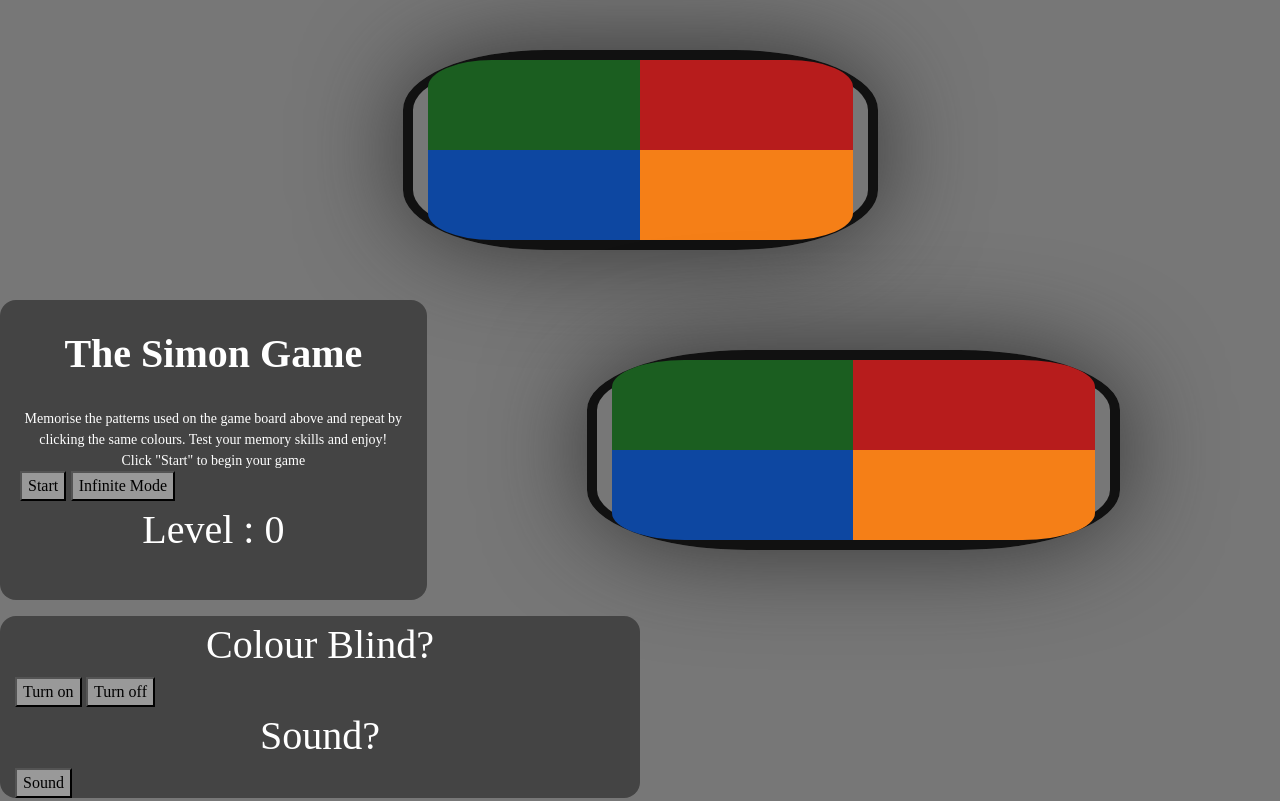
Repository: Didgerydont/interative_front_end_design_project
Page: indexTest.html
The author's editor kept a record of every edit. The page is drawn from the files as they stood at one moment, then again after the next edit.
The browser window is 1280 px wide. The pictures show the whole page.
Some web fonts or font styles are not loaded; a fallback is used. Some web libraries are served in a nearby version.

Above is the page before.

### indexTest.html
<!DOCTYPE html>
<html lang="en">

<head>
    <meta charset="UTF-8">
    <meta name="viewport" content="width=device-width, initial-scale=1.0">
    <meta http-equiv="X-UA-Compatible" content="ie=edge">
    <link rel="stylesheet" href="https://stackpath.bootstrapcdn.com/bootstrap/4.3.1/css/bootstrap.min.css" type="text/css" />
    <link rel="stylesheet" href="https://maxcdn.bootstrapcdn.com/font-awesome/4.7.0/css/font-awesome.min.css" type="text/css" />
    <link rel="stylesheet" href="https://cdnjs.cloudflare.com/ajax/libs/hover.css/2.1.1/css/hover-min.css" type="text/css" />
    <link href="https://fonts.googleapis.com/css?family=Barriecito&display=swap" rel="stylesheet">
    <link rel="stylesheet" href="css/style.css">


    <title>Simon Game</title>

    <audio id="clip1" src="https://s3.amazonaws.com/freecodecamp/simonSound1.mp3"></audio>
    <audio id="clip2" src="https://s3.amazonaws.com/freecodecamp/simonSound2.mp3"></audio>
    <audio id="clip3" src="https://s3.amazonaws.com/freecodecamp/simonSound3.mp3"></audio>
    <audio id="clip4" src="https://s3.amazonaws.com/freecodecamp/simonSound4.mp3"></audio>
</head>

<body>
    <div class="container">
        <div class="row">
            <div class="col-sm-5 offset-1" id="gameContainer">
                <div class="option one" id="1"></div>
                <div class="option two" id="2"></div>
                <div class="option three" id="3"></div>
                <div class="option four" id="4"></div>
            </div>
        </div>
    </div>
    <div class="container-fluid">
        <div class="row">
            <div class="col-md-4" id="infoBox">
                <h1 class="header" id="title">The Simon Game</h1>
                <p class="opening-paragraph">Memorise the patterns used on the game board above and repeat by clicking the same colours. Test your memory skills and enjoy!<br>Click "Start" to begin your game</p>
                <button class="startButton">Start</button>
                <button class="infiniteButton">Infinite Mode</button>
                <h2 id="level">Level : 0</h2>
            </div>
            <div class="col-sm-5 offset-1" id="gameContainer">
                <div class="option one" id="1"></div>
                <div class="option two" id="2"></div>
                <div class="option three" id="3"></div>
                <div class="option four" id="4"></div>
            </div>
            <div class="col-md-6 cBlindBox">
                <h2>Colour Blind?</h2>
                <button id="accessibilityOn">Turn on</button>
                <!-- #332288, #44AA99, #AA3F99, #DDCC77 --- wong method -->
                <button id="accessibilityOff">Turn off</button>
                <h2>Sound?</h2>
                <button id="mute-audio">Sound</button>
            </div>
        </div>
    </div>


</body>
<script src="https://code.jquery.com/jquery-3.4.1.min.js" integrity="sha256-CSXorXvZcTkaix6Yvo6HppcZGetbYMGWSFlBw8HfCJo=" crossorigin="anonymous"></script>
<script type="text/javascript" src="scripts/script.js"></script>

</html>

### css/style.css
body{
 background-color: #777;
}

h1 {
 color: white;
 font-size: 40px;
 font-weight: bold;
 text-align: center;
 padding-top: 10px;
 margin-bottom: 30px;
 font-family: 'Barriecito', cursive;
}

p {
 color: white;
 font-size: 14px;
 margin-top: 0px;
 margin-bottom: 0px;
 text-align: center;
 position: relative;
 font-family: 'Barriecito', cursive;
}

h2 {
 margin-top: 5px;
 color: white;
 text-align: center;
 font-size: 40px;
 font-family: 'Barriecito', cursive;
}

button {
 background-color: #999;
 font-family: 'Barriecito', cursive;
}

.container {
 text-align: center;
}

#gameContainer {
 display: flex;
 flex-wrap: wrap;
 height: 200px;
 width: 180px;
 border-radius: 30%;
 border: 10px solid #111;
 margin: 50px auto;
 position: relative;
 box-shadow: 0px 0px 100px #333;
}

#infoBox {
 padding: 20px 20px 20px 20px;
 background-color: #444;
 border-radius: 16px;
}

.startButton{
 cursor: pointer;
}

.option {
 width: 50%;
 height: 50%;
 float: left;
 margin: auto;
 cursor: pointer;
}

/* Colours */

.one {
 background-color: #1B5E20;
 border-radius: 30% 0 0 0;
}

.two {
 background-color: #B71C1C;
 border-radius: 0 30% 0 0;
}

.three {
  background-color: #0D47A1;
  border-radius: 0 0 0 30%;
}

.four {
  background-color: #F57F17;
  border-radius: 0 0 30% 0;
}

.colourBlind1 {
  background-color: #332288;
  border-radius: 30% 0 0 0;
}

.colourBlind2 {
  background-color: #44AA99;
  border-radius: 0 30% 0 0;
}

.colourBlind3 {
  background-color: #AA3F99;
  border-radius: 0 0 0 30%;
}

.colourBlind4 {
  background-color: #DDCC77;
  border-radius: 0 0 30% 0;
}


.cBlindBox{
 background-color: #444;
 border-radius: 16px;
 margin-top: 16px;
}

### scripts/script.js
$(document).ready(function() {

    $("#accessibilityOn").click(function() {
        $('#1').fadeOut(300).removeClass('one').addClass('colourBlind1').fadeIn(300);
        $('#2').fadeOut(300).removeClass('two').addClass('colourBlind2').fadeIn(300);
        $('#3').fadeOut(300).removeClass('three').addClass('colourBlind3').fadeIn(300);
        $('#4').fadeOut(300).removeClass("four").addClass('colourBlind4').fadeIn(300);
    });

    $("#accessibilityOff").on('click', function() {
        $('#1').fadeOut(300).removeClass('colourBlind1').addClass('one').fadeIn(300);
        $('#2').fadeOut(300).removeClass('colourBlind2').addClass('two').fadeIn(300);
        $('#3').fadeOut(300).removeClass('colourBlind3').addClass('three').fadeIn(300);
        $('#4').fadeOut(300).removeClass('colourblind4').addClass('four').fadeIn(300);
    });

    $(".infiniteButton").on('click', function(){
        finish = false;
        $(".infiniteButton").css('background-color', 'red');
    });
    $(".infiniteButton").off('click', function(){
        finish = true;
        $(".infiniteButton").css('background-color', 'grey');
    });

    var newPattern = [];
    var spentPattern = [];
    var level = 0;
    var gameChecker = false;
    var finish = true; // add a function for finish = false for infinite game mode
    var maxLevel = level + 3;


    //random number generator
    function randomNumber(min, max) {
        return Math.round(Math.random() * (max - min)) + min;
    }

    //pValue is a random number between one and four
    function addPattern() {
        var pValue = randomNumber(1, 4);

        // push a new number to newPattern array
        newPattern.push(pValue);
    }

    function playPattern() {
        // takes newPattern array
        for (var i = 0; i < newPattern.length; i++) {
            var delayTime = i * 800;

            setTimeout(flashSquare, delayTime);
        }
    }

    function flashSquare() {
        var item = newPattern.pop();
        var itemSound = document.getElementById('clip' + item);
        itemSound.play();
        gameChecker = true;



        // pops and removes first item of array and animates the square eg. #2, #3 etc.
        $('#' + item).animate({
            opacity: 0.2
        }, 200).animate({
            opacity: 1
        }, 100);
        //animation takes 300 ms in total. The difference in opacity for different time lengths will create the "flash" effect


        spentPattern.push(item);
        // take the item  removed from newPattern and add it to spentPattern
        if (newPattern.length <= 0) {
            // add the click event once cpu is finished showing the newPattern
            createClicks();
        }
    } // end flashSquare()

    function createClicks() {
        $('.option').click(function() {
            // item = Index 0 of spentPattern
            var item = spentPattern.shift();
            // optionId = clicked square
            var optionId = $(this).attr('id');

            $(this).animate({ opacity: .2 }, 200).animate({ opacity: 1 }, 100) // animate the clicked the box
            // if the click matches the item remove it from spentPattern and add it to newPattern
            if (item == optionId) {
                //adds item back to newPattern array
                newPattern.push(item);

                if (spentPattern.length <= 0) {
                    level++;
                    $('#level').html('Level: ' + level);
                    removeClicks();
                    //user is finished clicking through the newPattern successfully
                    // add new square to newPattern
                    addPattern();
                    setTimeout(playPattern, 800);
                }

                if (finish == true && level >= 3) {
                    $('p').html('Winner alright! Winner alright!<br>You reached the maximum level. <br>Press start to play again');
                    alert("You have finished the game!!");
                    gameChecker = false;
                    removeClicks();
                    resetGame();


                }
            }
            else {
                // else game over
                gameChecker = false;
                $('h1').html('Game Over').css({
                    fontSize: 60,
                    marginBottom: 15,
                    marginTop: 15
                });
                $('p').html('Click on "Start" to Restart');
                // clear out both new and spent pattern arrays
                removeClicks();
                //resetGame();
                addPattern();
                playPattern();
                newPattern = [];
                spentPattern = [];
                $(".infiniteButton").show();
            }
        }); // end .option click
    } // end create click

    function removeClicks() {
        //removes all events from element
        $('.option').unbind();
    }

    function startGame() {
        removeClicks();
        resetGame();
        addPattern();
        playPattern();
        $('h1').html('The Simon Game').css({
            fontSize: 40
        });
        $('p').html('Memorise the patterns used on the game board above and repeat by clicking the same colours. Test your skills and enjoy!');
        $('#level').html('Level: 0');
        if(finish == true){
            $(".infiniteButton").hide();
        }
    }

    function resetGame() {
        level = 0;
        newPattern = [];
        spentPattern = [];

    }


    $('.startButton').click(function() {
        if (gameChecker === false) {
            startGame();
        }
    });


    //Sound starts as muted but can be turned on via the sound button.
    $("audio").prop('muted', true);
    $("#mute-audio").click(function() {
        if ($("audio").prop('muted')) {
            $("audio").prop('muted', false);
        }
        else {
            $("audio").prop('muted', true);
        }
    });

});

After the next edit:
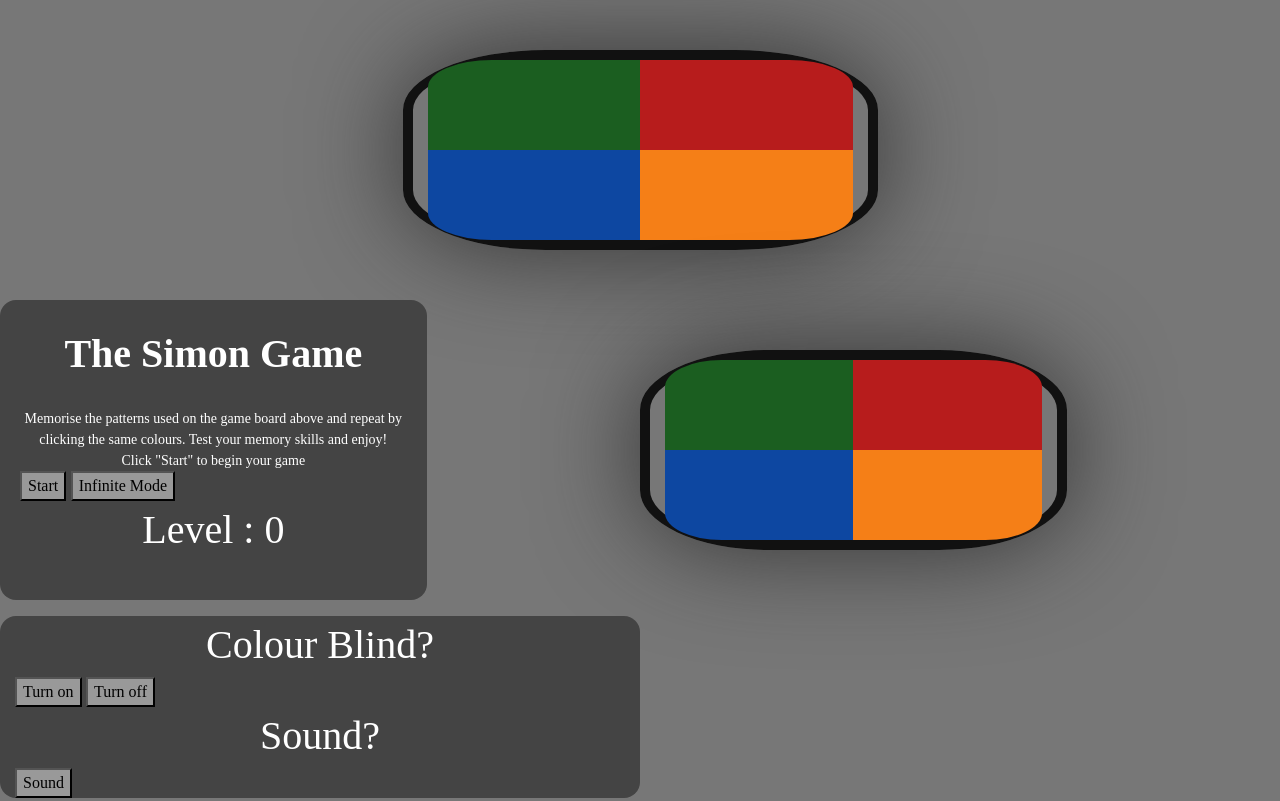
The edit:
--- a/indexTest.html
+++ b/indexTest.html
@@ -40,7 +40,7 @@
                 <button class="infiniteButton">Infinite Mode</button>
                 <h2 id="level">Level : 0</h2>
             </div>
-            <div class="col-sm-5 offset-1" id="gameContainer">
+            <div class="col-sm-4 offset-1" id="gameContainer">
                 <div class="option one" id="1"></div>
                 <div class="option two" id="2"></div>
                 <div class="option three" id="3"></div>
